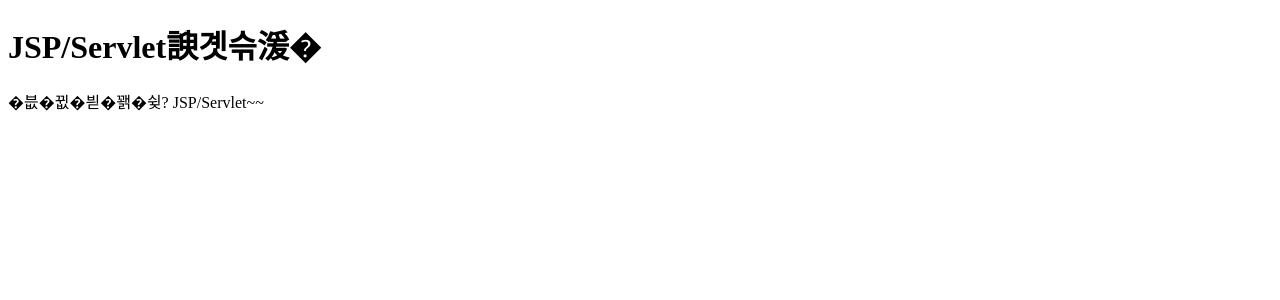
Repository: juhee1020/studying
Page: http://localhost/jsp01_basic/jsp10_jstl/jsp07_format_01.jsp
An editor plug-in stored every save of this project. The page is shown before and after the next save, followed by the edit.
The browser window is 1280 px wide. The pictures show the whole page.
The page is served by Tomcat 9. Other server files are loaded and not shown.

Above is the page before, as saved 2022-12-14 03:59:13.

### JSP/jsp01_basic/WebContent/jsp10_jstl/jsp07_format_01.jsp
<%@page language="java" contentType="text/html; charset=UTF-8" pageEncoding="UTF-8"%>
<%@ taglib prefix="c" uri="http://java.sun.com/jsp/jstl/core" %>
<%@ taglib prefix="fmt" uri="http://java.sun.com/jsp/jstl/fmt" %>

<fmt:setLocale value="KO"></fmt:setLocale>
<fmt:bundle basename="resource.message">
	<fmt:message key="TITLE" var="title"/>
</fmt:bundle>


<!-- 다국어 페이지로 할때 번들페이지를 줘서~~ -->


<!DOCTYPE html>
<html>
<head>
<meta charset="UTF-8">
<title>${title}</title>
</head>
<body>

	<!-- 한글을 유니코드로 변경하기
	native2ascil.exe message_ko.properties -->

	<h1>${title}</h1>
	<fmt:bundle basename="resource.message">
		<fmt:message key="GREETING"/>
		<c:if test="${!empty param.id}">
			<fmt:message key="VISITOR">
				<fmt:param value="${param.id}"></fmt:param>
			</fmt:message>
		</c:if>
	</fmt:bundle>
</body>
</html>

### JSP/jsp01_basic/WebContent/WEB-INF/classes/resource/message.properties
TITLE=Leaning JSP/Servlet
GREETING=Hello JSP/Servlet~~
VISITOR=Your ID is {0}.

### JSP/jsp01_basic/WebContent/WEB-INF/classes/resource/message_ko.properties
TITLE=JSP/Servlet\u8adb\uacd7\uc2a6\u6e72\ufffd
GREETING=\ufffd\ube1e\ufffd\ub01e\ufffd\ube2f\ufffd\uaf6d\ufffd\uc282? JSP/Servlet~~
VISITOR=\ufffd\ub5a6\ufffd\ub58a\ufffd\uc4fd ID\ufffd\ub497 {0} \ufffd\uc5ef\ufffd\ub572\ufffd\ub58e.

After the next save:
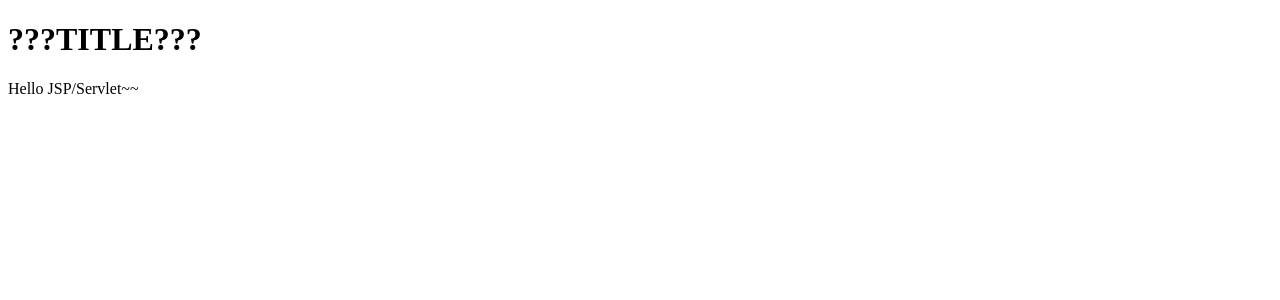
Saved 12 s later.
--- a/JSP/jsp01_basic/WebContent/jsp10_jstl/jsp07_format_01.jsp
+++ b/JSP/jsp01_basic/WebContent/jsp10_jstl/jsp07_format_01.jsp
@@ -2,7 +2,7 @@
 <%@ taglib prefix="c" uri="http://java.sun.com/jsp/jstl/core" %>
 <%@ taglib prefix="fmt" uri="http://java.sun.com/jsp/jstl/fmt" %>
 
-<fmt:setLocale value="KO"></fmt:setLocale>
+<fmt:setLocale value="en"></fmt:setLocale>
 <fmt:bundle basename="resource.message">
 	<fmt:message key="TITLE" var="title"/>
 </fmt:bundle>

After the save that followed:
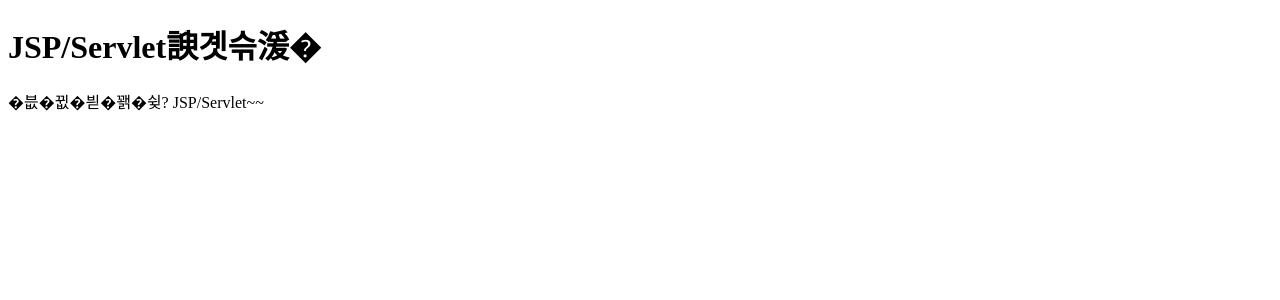
Saved 92 s later.
--- a/JSP/jsp01_basic/WebContent/jsp10_jstl/jsp07_format_01.jsp
+++ b/JSP/jsp01_basic/WebContent/jsp10_jstl/jsp07_format_01.jsp
@@ -2,7 +2,7 @@
 <%@ taglib prefix="c" uri="http://java.sun.com/jsp/jstl/core" %>
 <%@ taglib prefix="fmt" uri="http://java.sun.com/jsp/jstl/fmt" %>
 
-<fmt:setLocale value="en"></fmt:setLocale>
+<fmt:setLocale value="KO"></fmt:setLocale>
 <fmt:bundle basename="resource.message">
 	<fmt:message key="TITLE" var="title"/>
 </fmt:bundle>
